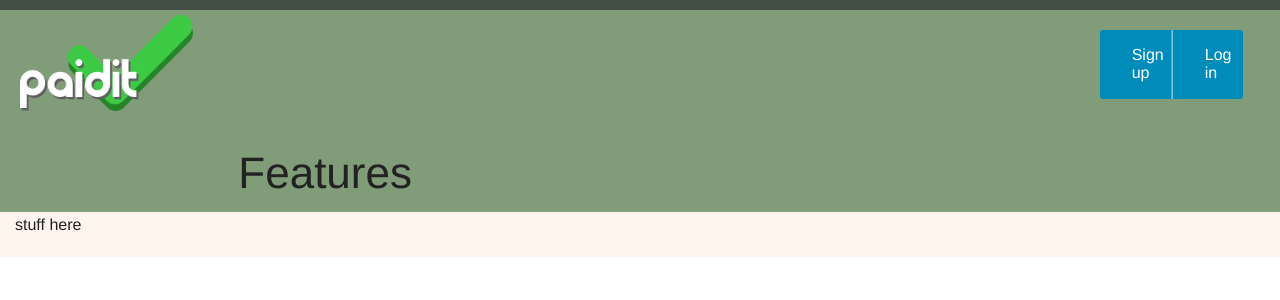
Repository: jcskillings/paidit
Page: splash.html
The author's editor kept a record of every edit. The page is drawn from the files as they stood at one moment, then again after the next edit.
The browser window is 1280 px wide. The pictures show the whole page.

Above is the page before.

After the next edit:
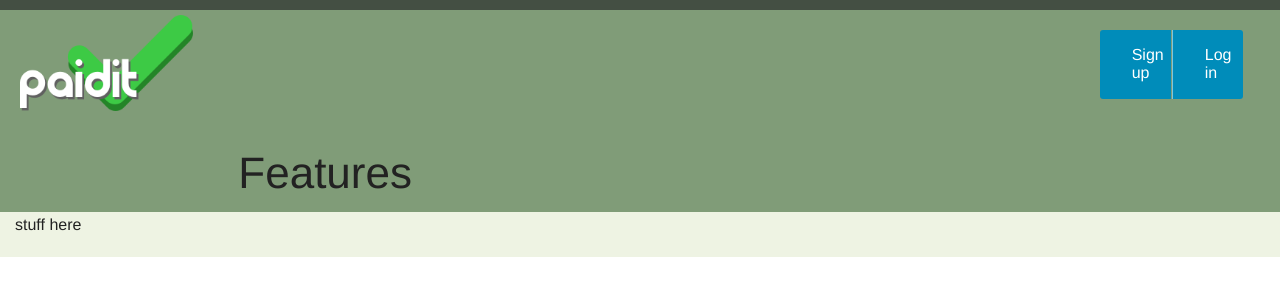
The edit:
--- a/css/splash.css
+++ b/css/splash.css
@@ -9,7 +9,7 @@
 
 #bottomRow {
 
-    background: #FFF5EE !important;
+    background: #EEF3E3 !important;
     width: 100% !important;
 }
 
